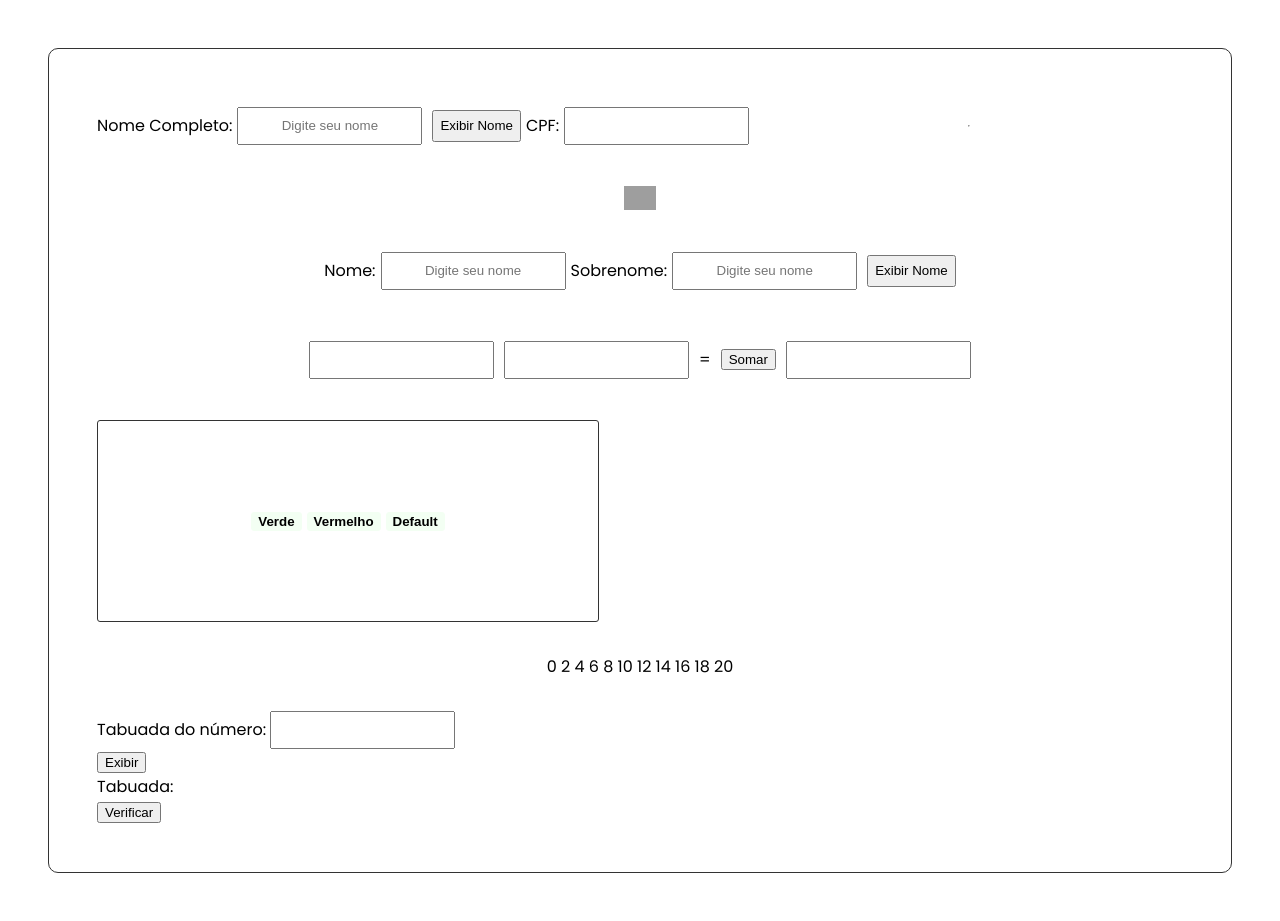
Repository: guilhermecardoso93/exerciciosjs
Page: index.html
The author's editor kept a copy of each file at every save. The page is drawn from the files as they stood at one save, then again after the next save.
The browser window is 1280 px wide. The pictures show the whole page.
Pictures or frames that could not be fetched are drawn as grey boxes.

Above is the page before, as saved 2023-05-21 17:11:39.

### index.html
<!DOCTYPE html>
<html lang="pt-Br">
  <head>
    <meta charset="UTF-8" />
    <meta http-equiv="X-UA-Compatible" content="IE=edge" />
    <meta name="viewport" content="width=device-width, initial-scale=1.0" />
    <link rel="preconnect" href="https://fonts.googleapis.com" />
    <link rel="preconnect" href="https://fonts.gstatic.com" crossorigin />
    <link rel="stylesheet" href="styles.css" />
    <link
      href="https://fonts.googleapis.com/css2?family=Poppins:wght@400;500&display=swap"
      rel="stylesheet"
    />
    <title>40 - exercícios de JS</title>
  </head>
  <body>
    <div class="NameDiv">
      <p>Nome Completo:</p>
      <input type="text" name="name" id="name" placeholder="Digite seu nome" />
      <br />
      <input type="button" value="Exibir Nome" id="exibir-nome" />
      <p>CPF:</p>
      <input maxlength="14" id="cpf" />
      <hr />
    </div>
    <div>
      <img id="lamp" src="https://www.w3schools.com/js/pic_bulboff.gif" />
    </div>
    <div class="fullNameDiv">
      <p>Nome:</p>
      <input
        type="text"
        name="name-2"
        id="name-2"
        placeholder="Digite seu nome"
      />
      <p>Sobrenome:</p>
      <input
        type="text"
        name="fullname"
        id="fullname"
        placeholder="Digite seu nome"
      />
      <br />
      <input type="button" value="Exibir Nome" id="exibir-nome-convidado" />
    </div>
    <div>
      <input type="text" id="number-1" maxlength="5" /><br /><br />
      <input type="text" id="number-2" maxlength="5" /><br />
      <p>=</p>
      <br />

      <button id="buttonSoma">Somar</button><br /><br />

      <input type="text" id="result" maxlength="5" />
    </div>
    <div id="container">
      <button id="greenButton">Verde</button>
      <button id="redButton">Vermelho</button>
      <button id="defaultButton">Default</button>
    </div>

    <div id="resultado"></div>
    Tabuada do número: <input id="num" type="number" /> <br />
    <button onclick="tabuada()">Exibir</button><br />
    Tabuada: <br />
    <div id="resposta" style="display: inline"></div>
    <button onclick="verificarNumero()">Verificar</button>
  </body>
  <script src="./script.js"></script>
</html>

### styles.css
body {
  font-family: "Poppins", sans-serif;
  margin: 3rem;
  border: 1px solid #333;
  border-radius: 10px;
  padding: 3rem;
}

main {
  margin: 0 auto;
  align-items: center;
  justify-content: center;
}

#lamp {
  cursor: pointer;
  cursor: hand;
  width: 2rem;
}

body input {
  height: 2rem;
  text-align: center;
}

div {
  display: flex;
  gap: 5px;
  align-items: center;
  justify-content: center;
  margin-bottom: 2rem;
}

#container {
  display: flex;
  gap: 5px;
  align-items: center;
  justify-content: center;

  width: 500px;
  height: 200px;
  border: 1px solid #333;
  border-radius: 3px;
}

#container button {
  border: 1px solid #f3fff3;
  border-radius: 3px;
  background-color: #f3fff3;
  font-weight: bold;
}


#tabuadaDiv {
  display: flex;
  flex-direction: column;
}

### script.js
function multi(numb1, number2) {
  console.log(numb1 * number2);
}

function desc(n){
  console.log((n* 0.05))
}

function age(year) {
  var data = new Date();
  var actualYear = data. getFullYear();

  const diference = actualYear - year

  if(diference <= 18 && diference >= 0) {
    return console.log('Você é menor de idade', diference)
  } else {
    return console.log('Você é maior de idade', diference)
  }
}

const divResultado = document.getElementById('resultado')

divResultado.innerHTML = 'Repetição'

divResultado.innerHTML = 'Repetição'.repeat(2);

var repeticao = '';

for (var i = 0; i < 20; i++) {
  repeticao += 'Repetição ';
}
divResultado.textContent = repeticao;

var contador = 0;
/*while (contador < 5) {
  repeticao += 'Repetição ';
  contador++;
}

divResultado.textContent = repeticao; */

do {
  repeticao += 'Repetição ';
  contador++;
} while (contador < 5);

divResultado.textContent = repeticao;

var numeros = '';

for (var i = 0; i <= 10; i++) {
  numeros += i + ' ';
}

divResultado.textContent = numeros;

var numerosPares = '';

for (var i = 0; i <= 20; i += 2) {
  numerosPares += i + ' ';
}

divResultado.textContent = numerosPares;


var tabuadaDiv = document.getElementById('tabuadaDiv');

function tabuada(){
  var num = parseInt(document.getElementById("num").value);
  var resposta = document.getElementById('resposta');
  var tabuada='';

  for(var count=1; count<=10 ; count++)
   tabuada += num+" x "+count+" = "+
               num*count+"<br />";

  resposta.innerHTML = tabuada;
}

function verificaCaracteresDota(texto) {
  var padrao = /dota/i; // 'dota' com a flag 'i' torna a busca case-insensitive
  return padrao.test(texto);
}

var texto1 = 'Dota é melhor que LOL';
console.log(verificaCaracteresDota(texto1)); // true

var texto2 = 'Lol é melhor que CS';
console.log(verificaCaracteresDota(texto2)); // false


var numeroAleatorio = Math.floor(Math.random() * 100) + 1;

function verificarNumero() {
  var numeroInserido = parseInt(prompt("Digite um número entre 1 e 100:"));

  if (numeroInserido === numeroAleatorio) {
    alert("Parabéns! Você acertou o número!");
  } else {
    alert("Infelizmente, você errou. O número correto era: " + numeroAleatorio);
  }
}

var dataAtual = new Date();
var dia = dataAtual.getDate();
var mes = dataAtual.getMonth() + 1; // Lembrando que o mês começa em 0
var ano = dataAtual.getFullYear();

var dataFormatada = dia + '/' + mes + '/' + ano;

console.log(dataFormatada);

var proximoMes = mes + 1;
if (proximoMes > 12) {
  proximoMes = 1;
  ano++;
}

console.log("Próximo mês: " + proximoMes + '/' + ano);

var deuses = ['Aegir', 'Aud', 'Balder']

console.log(deuses.length)

deuses.forEach(function(deus) {
  alert(deus);
});

After the next save:
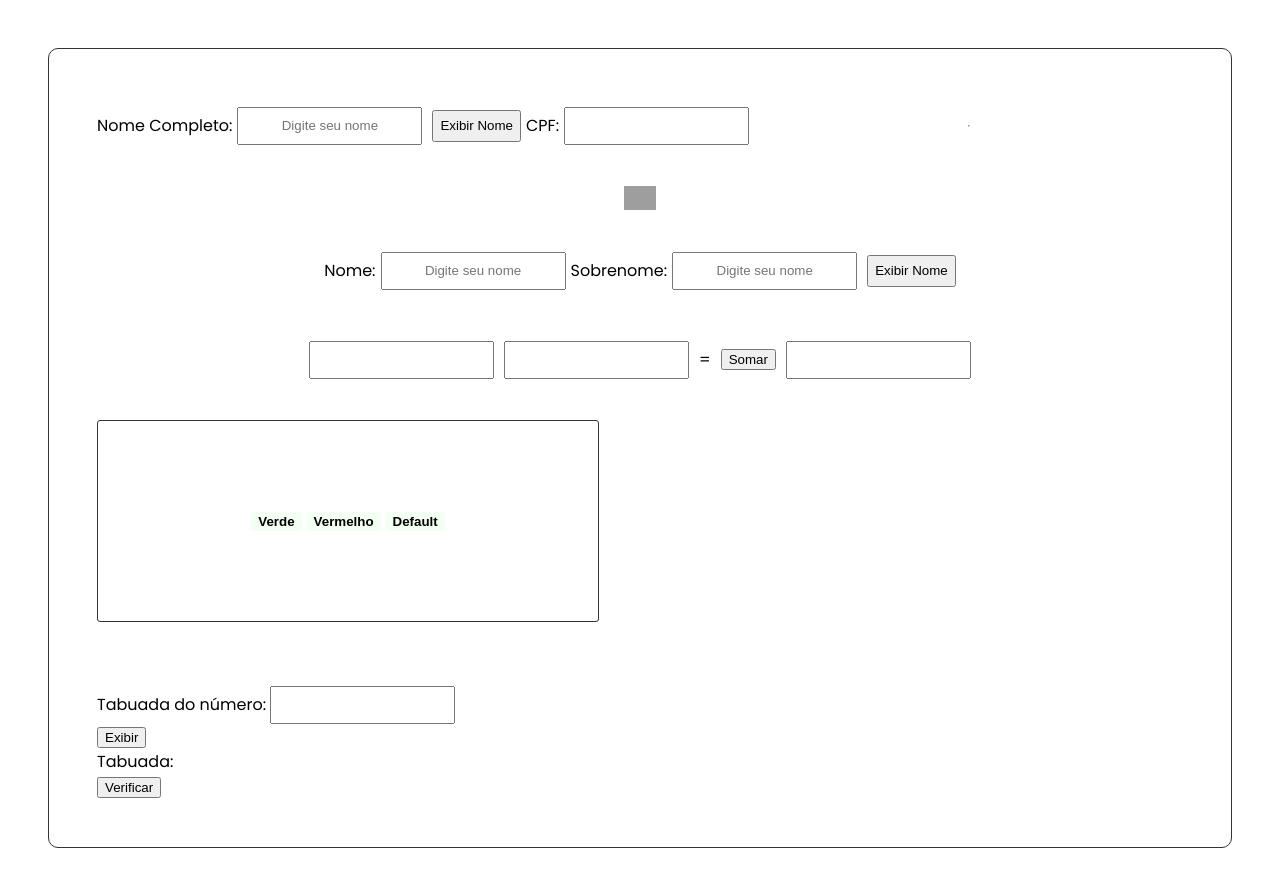
Console error: SyntaxError: Unexpected token '=>'
Saved 19 s later.
--- a/script.js
+++ b/script.js
@@ -123,6 +123,6 @@
 
 console.log(deuses.length)
 
-deuses.forEach(function(deus) {
+deuses.forEach(=> deus {
   alert(deus);
 });

After the save that followed:
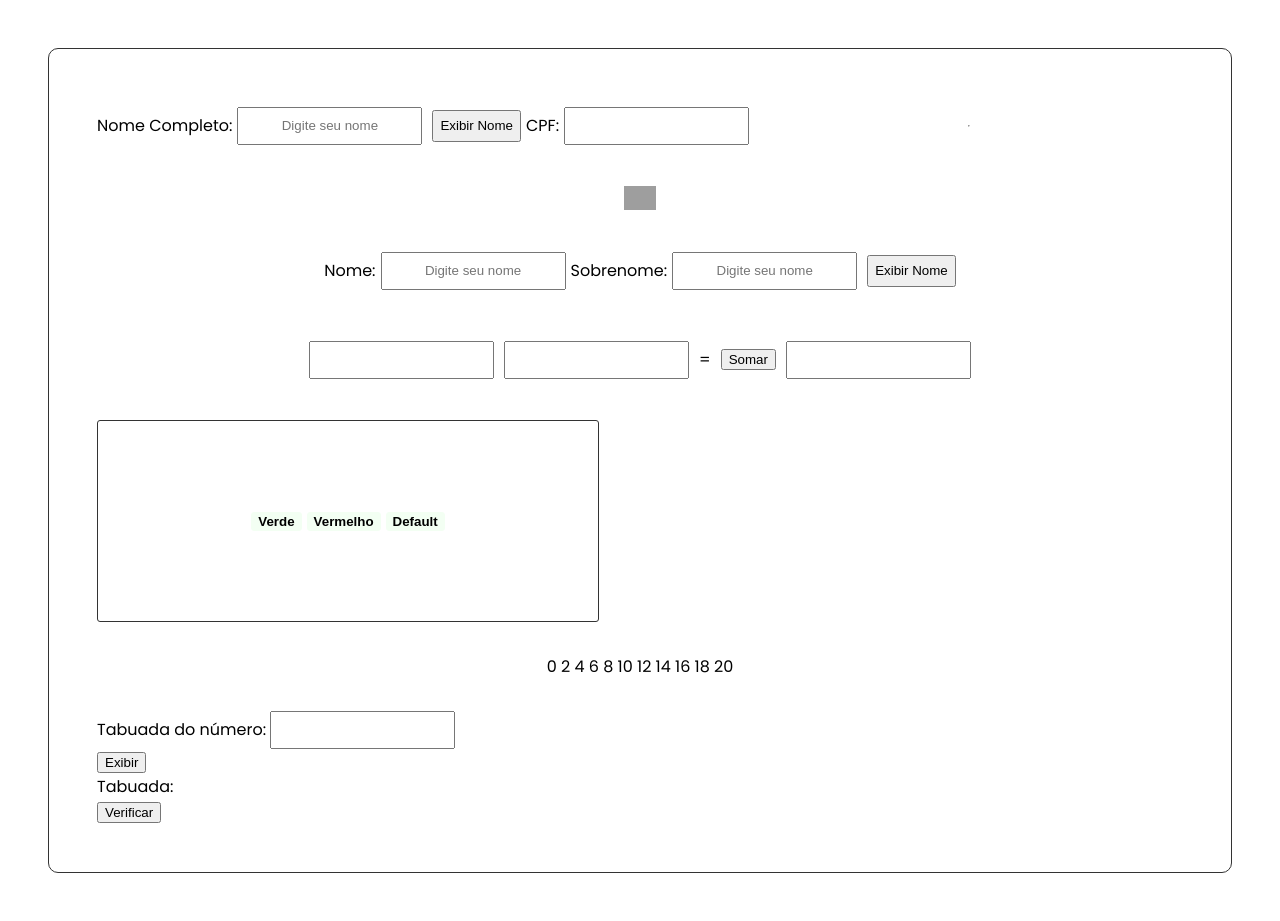
The error is gone.
Saved 6 s later.
--- a/script.js
+++ b/script.js
@@ -123,6 +123,6 @@
 
 console.log(deuses.length)
 
-deuses.forEach(=> deus {
+deuses.forEach(function(deus) {
   alert(deus);
 });
